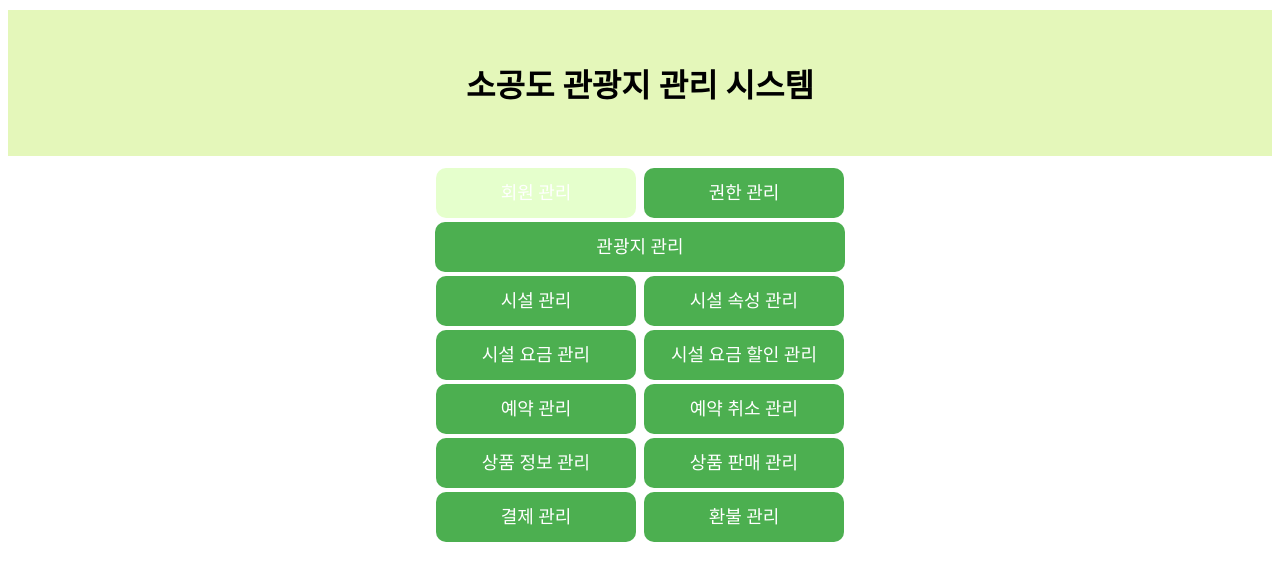
Repository: psyoongsc/SogongDo_Facility
Page: http://localhost/SogongDo_Management_System/
An editor plug-in stored every save of this project. The page is shown before and after the next save, followed by the edit.
The browser window is 1280 px wide. The pictures show the whole page.
The pointer rests on the first visible `a`.
The page is served by Tomcat 9. Nobody is signed in. The application's start-up code is not run. Other server files are loaded and not shown.

Above is the page before, as saved 2020-06-25 15:35:46.

### SogongDo_Management_System/WebContent/index.jsp
<%@ page language="java" contentType="text/html; charset=UTF-8"
    pageEncoding="UTF-8"%>
<!DOCTYPE html>
<html>
<head>
<meta charset="EUC-KR">
<title>소공도 관광지 관리 시스템</title>
<style>
a {
	text-decoration: none;
	text-align: center;
	background-color: #4CAF50;
	width: 200px;
	line-height: 50px;
	font-size: large;
	display: inline-block;
	border-radius: 10px 10px;
	margin: 2px;
}

a:hover {
	background-color: #E5FFCC;
}

a:link {
	color: white;
}
a:visited {
	color: white;
}

.container {
	text-align: center;
}

.title {
	font-size: xx-large;
	font-weight: bold;
	margin: 10px 0px;
	padding: 50px 0px;
	background-color: #E4F7BA;
}
</style>
</head>
<body>
	<div class="container title">
		소공도 관광지 관리 시스템
	</div>
	<div class="container">
		<a href="Member/view">회원 관리</a>
		<a href="Authority/view">권한 관리</a> <br>
		<a style="width: 410px;" href="TouristSite/view">관광지 관리</a> <br>
		<a href="Facility/view">시설 관리</a>
		<a href="Facility/Attribute/view">시설 속성 관리</a> <br>
		<a href="Facility/Charge/view">시설 요금 관리</a>
		<a href="Facility/Charge/discount/view">시설 요금 할인 관리</a> <br>
		<a href="Reservation/view">예약 관리</a>
		<a href="Reservation/Cancel/view">예약 취소 관리</a> <br>
		<a href="Product/view">상품 정보 관리</a>
		<a href="Product/Sell/view">상품 판매 관리</a> <br>
		<a href="Payment/view">결제 관리</a>
		<a href="Refund/view">환불 관리</a> <br>
	</div>
</body>
</html>

After the next save:
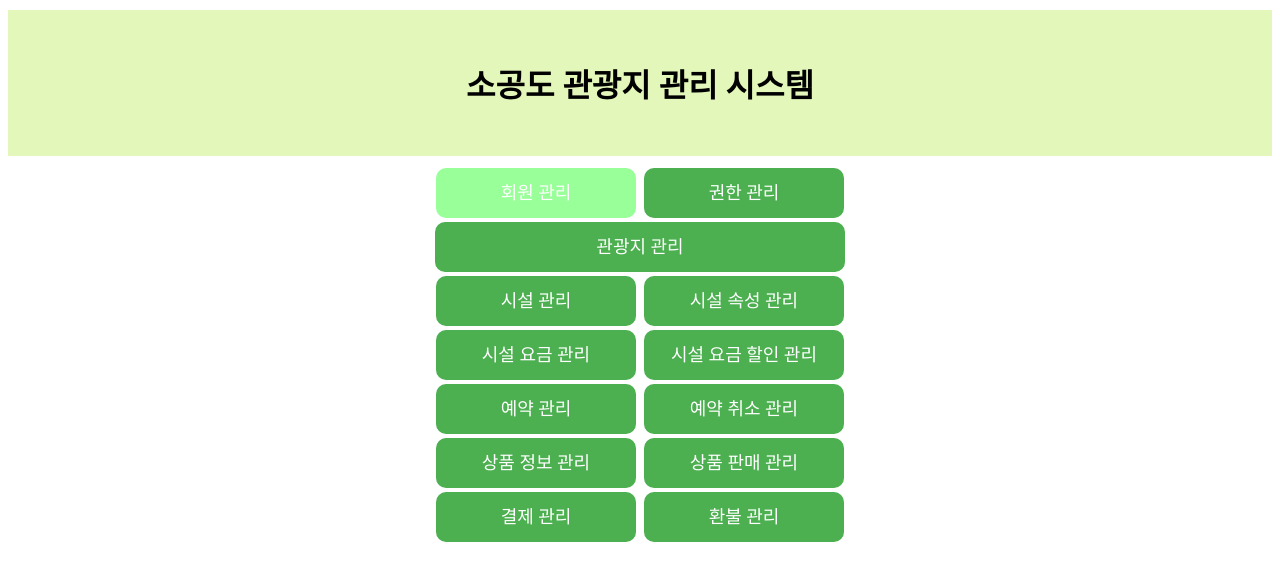
Saved 36 s later.
--- a/SogongDo_Management_System/WebContent/index.jsp
+++ b/SogongDo_Management_System/WebContent/index.jsp
@@ -19,7 +19,7 @@ a {
 }
 
 a:hover {
-	background-color: #E5FFCC;
+	background-color: #99FF99;
 }
 
 a:link {
